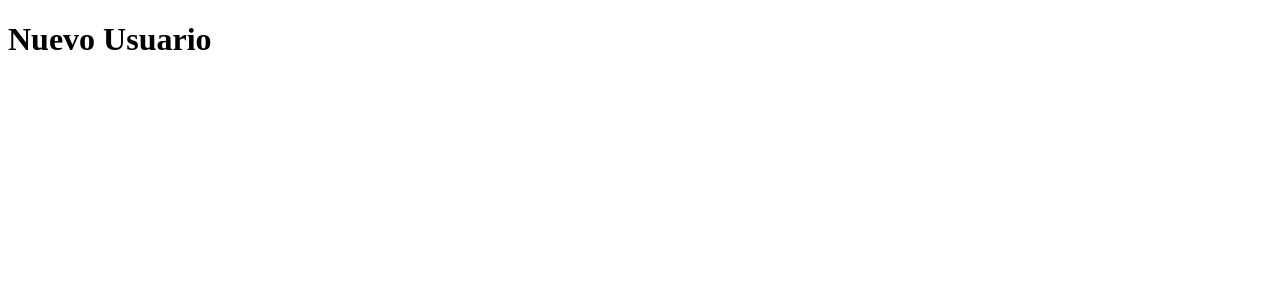
Repository: anagut/java-web
Page: http://localhost/HelloLogin/nuevousuario.jsp
The author's editor kept a copy of each file at every save. The page is drawn from the files as they stood at one save, then again after the next save.
The browser window is 1280 px wide. The pictures show the whole page.
The page is served by Tomcat 9.

Above is the page before, as saved 2018-11-15 08:53:02.

After the next save:
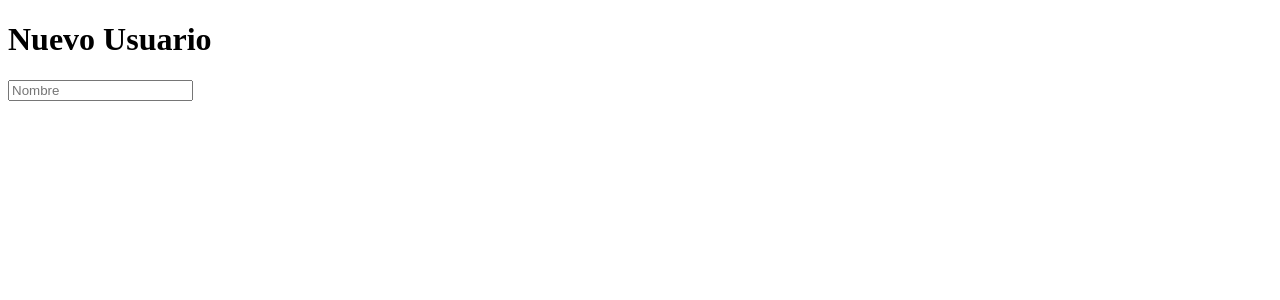
Saved 36 s later.
--- a/HelloLogin/WebContent/nuevousuario.jsp
+++ b/HelloLogin/WebContent/nuevousuario.jsp
@@ -10,7 +10,7 @@
 	<h1>Nuevo Usuario</h1>
 	<form action="" method="POST">
 	<div>
-	<type="email" placeholder="email" name="email" id="email" required/>
+	<input type="text" placeholder="Nombre" name="nombre" id="nombre" required/>
 	</div>
 	</form>
 </body>
